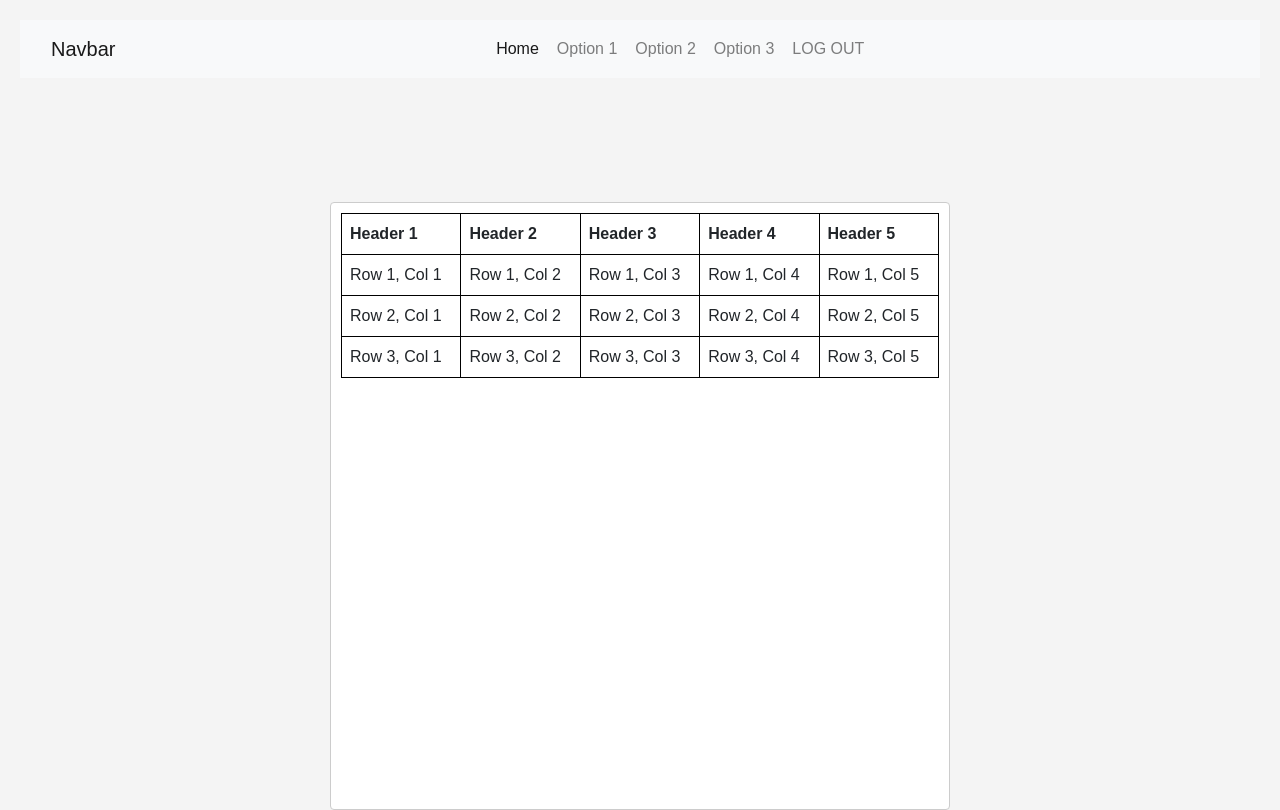
Repository: wizzy-abhishek/Projects
Page: http://localhost/Iam_Doing/Details_Action.jsp
These files come from the project's save history. The page is drawn as it stood at one moment and after the next save; the edit follows.
The browser window is 1280 px wide. The pictures show the whole page.
Some web libraries are served in a nearby version. The page is served by Tomcat 10. Nobody is signed in. The application's start-up code is not run. Other server files are loaded and not shown.

Above is the page before, as saved 2024-06-28 11:05:29.

### Iam_Doing/src/main/webapp/Details_Action.jsp
<!DOCTYPE html>
<html lang="en">
<head>
    <meta charset="UTF-8">
    <meta name="viewport" content="width=device-width, initial-scale=1.0">
    <link href="https://stackpath.bootstrapcdn.com/bootstrap/4.5.2/css/bootstrap.min.css" rel="stylesheet">
    <title>Simple Page</title>
    <style>
        body {
            font-family: 'Arial', sans-serif;
            margin: 0;
            padding: 20px;
            display: flex;
            justify-content: center;
            align-items: flex-start;
            flex-wrap: wrap;
            height: 100vh;
            background-color: #f4f4f4;
        }

        .right-column {
            width: 50%;
            margin-top: 10%;
        }

        .scrollable-table {
            overflow-y: auto;
            height: calc(90vh - 40px); /* Adjust if needed */
            border: 1px solid #ccc;
            border-radius: 4px;
            padding: 10px;
            background-color: #fff;
        }

        table {
            width: 100%;
            border-collapse: collapse;
        }

        table, th, td {
            border: 1px solid black;
        }

        th, td {
            padding: 8px;
            text-align: left;
        }

        @media (max-width: 768px) {
            .right-column {
                width: 100%;
                order: 1;
            }

            .scrollable-table {
                height: auto;
            }
        }
    </style>
</head>
<body>
<nav class="navbar navbar-expand-lg navbar-light bg-light w-100">
  <div class="container-fluid">
    <a class="navbar-brand" href="#">Navbar</a>
    <button class="navbar-toggler" type="button" data-toggle="collapse" data-target="#navbarNav" aria-controls="navbarNav" aria-expanded="false" aria-label="Toggle navigation">
      <span class="navbar-toggler-icon"></span>
    </button>
    <div class="collapse navbar-collapse" id="navbarNav">
      <ul class="navbar-nav mx-auto">
        <li class="nav-item">
          <form action="LoggedIn" method="post">
            <button type="submit" class="btn nav-link active" aria-current="page">Home</button>
          </form>
        </li>
        <li class="nav-item">
          <form action="/option1" method="get">
            <button type="submit" class="btn nav-link">Option 1</button>
          </form>
        </li>
        <li class="nav-item">
          <form action="/option2" method="get">
            <button type="submit" class="btn nav-link">Option 2</button>
          </form>
        </li>
        <li class="nav-item">
          <form action="/option3" method="get">
            <button type="submit" class="btn nav-link">Option 3</button>
          </form>
        </li>
        <li class="nav-item">
          <form action="Logout" method="post">
            <button type="submit" class="btn nav-link">LOG OUT </button>
          </form>
        </li>
      </ul>
    </div>
  </div>
</nav>

<div class="right-column">
    <div class="scrollable-table">
        <table>
            <thead>
                <tr>
                    <th>Header 1</th>
                    <th>Header 2</th>
                    <th>Header 3</th>
                    <th>Header 4</th>
                    <th>Header 5</th>
                </tr>
            </thead>
            <tbody id="table-body">
                <!-- Rows will be dynamically added here -->
            </tbody>
        </table>
    </div>
</div>

<script>
    // Sample data to demonstrate dynamic row addition
    const data = [
        ["Row 1, Col 1", "Row 1, Col 2", "Row 1, Col 3", "Row 1, Col 4", "Row 1, Col 5"],
        ["Row 2, Col 1", "Row 2, Col 2", "Row 2, Col 3", "Row 2, Col 4", "Row 2, Col 5"],
        ["Row 3, Col 1", "Row 3, Col 2", "Row 3, Col 3", "Row 3, Col 4", "Row 3, Col 5"]
    ];

    const tableBody = document.getElementById('table-body');

    data.forEach(rowData => {
        const row = document.createElement('tr');
        rowData.forEach(cellData => {
            const cell = document.createElement('td');
            cell.textContent = cellData;
            row.appendChild(cell);
        });
        tableBody.appendChild(row);
    });
</script>

<script src="https://code.jquery.com/jquery-3.5.1.slim.min.js"></script>
<script src="https://cdn.jsdelivr.net/npm/@popperjs/core@2.5.4/dist/umd/popper.min.js"></script>
<script src="https://stackpath.bootstrapcdn.com/bootstrap/4.5.2/js/bootstrap.min.js"></script>
</body>
</html>

After the next save:
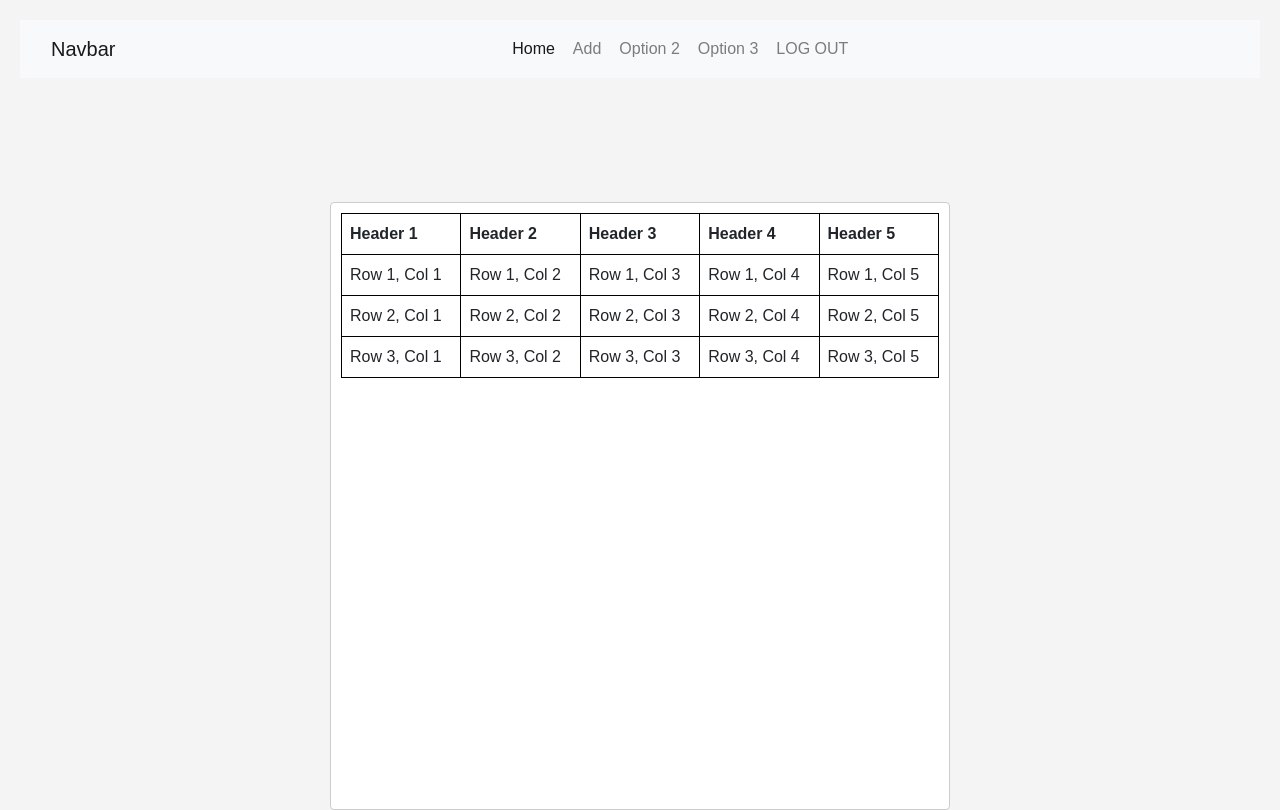
Saved 28 s later.
--- a/Iam_Doing/src/main/webapp/Details_Action.jsp
+++ b/Iam_Doing/src/main/webapp/Details_Action.jsp
@@ -73,8 +73,8 @@
           </form>
         </li>
         <li class="nav-item">
-          <form action="/option1" method="get">
-            <button type="submit" class="btn nav-link">Option 1</button>
+          <form action="Add_Details" method="get">
+            <button type="submit" class="btn nav-link">Add</button>
           </form>
         </li>
         <li class="nav-item">
